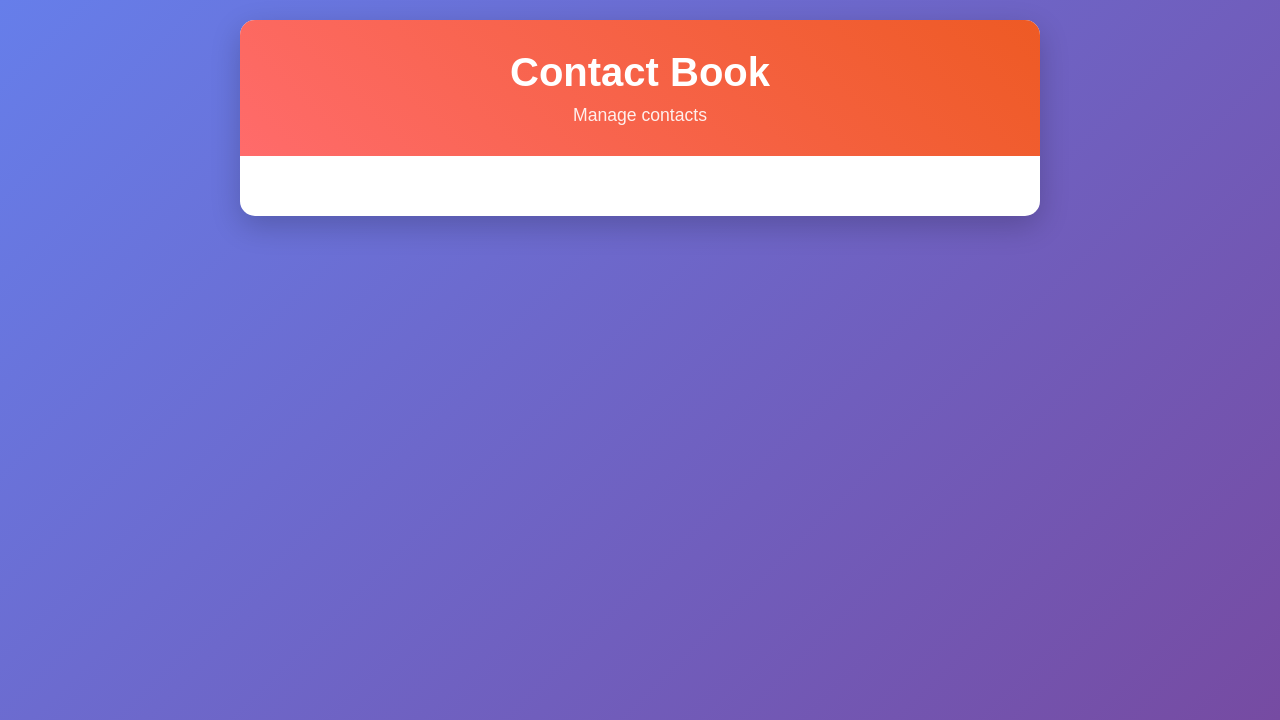
Repository: Mantombi81/Moznana-Contact
Page: index.html
An editor plug-in stored every save of this project. The page is shown before and after the next save, followed by the edit.
The browser window is 1280 px wide. The pictures show the whole page.

Above is the page before, as saved 2025-06-11 21:40:56.

### index.html
<!DOCTYPE html>
<html lang="en">
<head>
    <meta charset="UTF-8">
    <meta name="viewport" content="width=device-width, initial-scale=1.0">
    <title>Mozi Contact Book(API's)</title>
    <link rel="stylesheet" href="style.css">
</head>
<body>
    <div class="container">
        <div class="header">
            <h1>Contact Book</h1>
            <p>Manage contacts</p>
        </div>

        <div class="content">
            <!-- API set-up page -->
             <div id="setupPage" class="page active">
             </div>
             </div>
        </div>

    </div>

</body>
</html>

### style.css
* {
    margin: 0;
    padding: 0;
    box-sizing: border-box;
}

body {
    font-family: Arial, sans-serif;
    background: linear-gradient(135deg, #667eea 0%, #764ba2 100%);
    min-height: 100vh;
    padding: 20px;
}

.container {
    max-width: 800px;
    margin: 0 auto;
    background: white;
    border-radius: 15px;
    box-shadow: 0 10px 30px rgba(0, 0, 0, 0.2);
    overflow: hidden;
}

.header {
    background: linear-gradient(45deg, #ff6b6b, #ee5a24);
    color: white;
    padding: 30px;
    text-align: center;
}

.header h1 {
    font-size: 2.5rem;
    margin-bottom: 10px;
}

.header p {
    font-size: 1.1rem;
    opacity: 0.9;
}

.content {
    padding: 30px;
}

.api-setup {
    background: #f8f9fa;
    border-radius: 10px;
    padding: 20px;
    margin-bottom: 30px;
    border-left: 4px solid #ff6b6b;
}

.api-setup h3 {
    color: #ff6b6b;
    margin-bottom: 15px;
}

.form-group {
    margin-bottom: 20px;
}

.form-group label {
    display: block;
    margin-bottom: 8px;
    font-weight: bold;
    color: #333;
}

.form-group input,
.form-group select {
    width: 100%;
    padding: 12px;
    border: 2px solid #e1e8ed;
    border-radius: 8px;
    font-size: 16px;
    transition: border-color 0.3s ease;
}

.form-group input:focus,
.form-group select:focus {
    outline: none;
    border-color: #ff6b6b;
}

.btn {
    background: linear-gradient(45deg, #ff6b6b, #ee5a24);
    color: white;
    border: none;
    padding: 12px 25px;
    border-radius: 8px;
    cursor: pointer;
    font-size: 16px;
    font-weight: bold;
    margin: 5px;
    transition: transform 0.2s ease, box-shadow 0.2s ease;
}

.btn:hover {
    transform: translateY(-2px);
    box-shadow: 0 5px 15px rgba(255, 107, 107, 0.3);
}

.btn-secondary {
    background: linear-gradient(45deg, #54a0ff, #2e86de);
}

.btn-danger {
    background: linear-gradient(45deg, #ff3838, #ff4757);
}

.btn-success {
    background: linear-gradient(45deg, #1dd1a1, #10ac84);
}

.contacts-grid {
    display: grid;
    grid-template-columns: repeat(auto-fill, minmax(300px, 1fr));
    gap: 20px;
    margin-top: 20px;
}

.contact-card {
    background: white;
    border-radius: 12px;
    padding: 20px;
    box-shadow: 0 4px 15px rgba(0, 0, 0, 0.1);
    border: 1px solid #e1e8ed;
    transition: transform 0.2s ease, box-shadow 0.2s ease;
}

.contact-card:hover {
    transform: translateY(-5px);
    box-shadow: 0 8px 25px rgba(0, 0, 0, 0.15);
}

.contact-avatar {
    width: 60px;
    height: 60px;
    border-radius: 50%;
    margin: 0 auto 15px;
    display: block;
    border: 3px solid #ff6b6b;
}

.contact-name {
    font-size: 1.3rem;
    font-weight: bold;
    text-align: center;
    margin-bottom: 10px;
    color: #333;
}

.contact-details {
    margin-bottom: 15px;
}

.contact-details p {
    margin-bottom: 5px;
    color: #666;
}

.contact-actions {
    text-align: center;
}

.loading {
    text-align: center;
    padding: 40px;
    color: #666;
    font-size: 1.2rem;
}

.error {
    background: #ffe6e6;
    color: #cc0000;
    padding: 15px;
    border-radius: 8px;
    margin: 15px 0;
    border-left: 4px solid #cc0000;
}

.success {
    background: #e6ffe6;
    color: #006600;
    padding: 15px;
    border-radius: 8px;
    margin: 15px 0;
    border-left: 4px solid #006600;
}

.hidden {
    display: none;
}

.page {
    display: none;
}

.page.active {
    display: block;
}

.back-btn {
    margin-bottom: 20px;
}

@media (max-width: 768px) {
    .container {
        margin: 10px;
    }

    .header {
        padding: 20px;
    }

    .header h1 {
        font-size: 2rem;
    }

    .content {
        padding: 20px;
    }

    .contacts-grid {
        grid-template-columns: 1fr;
    }
}

After the next save:
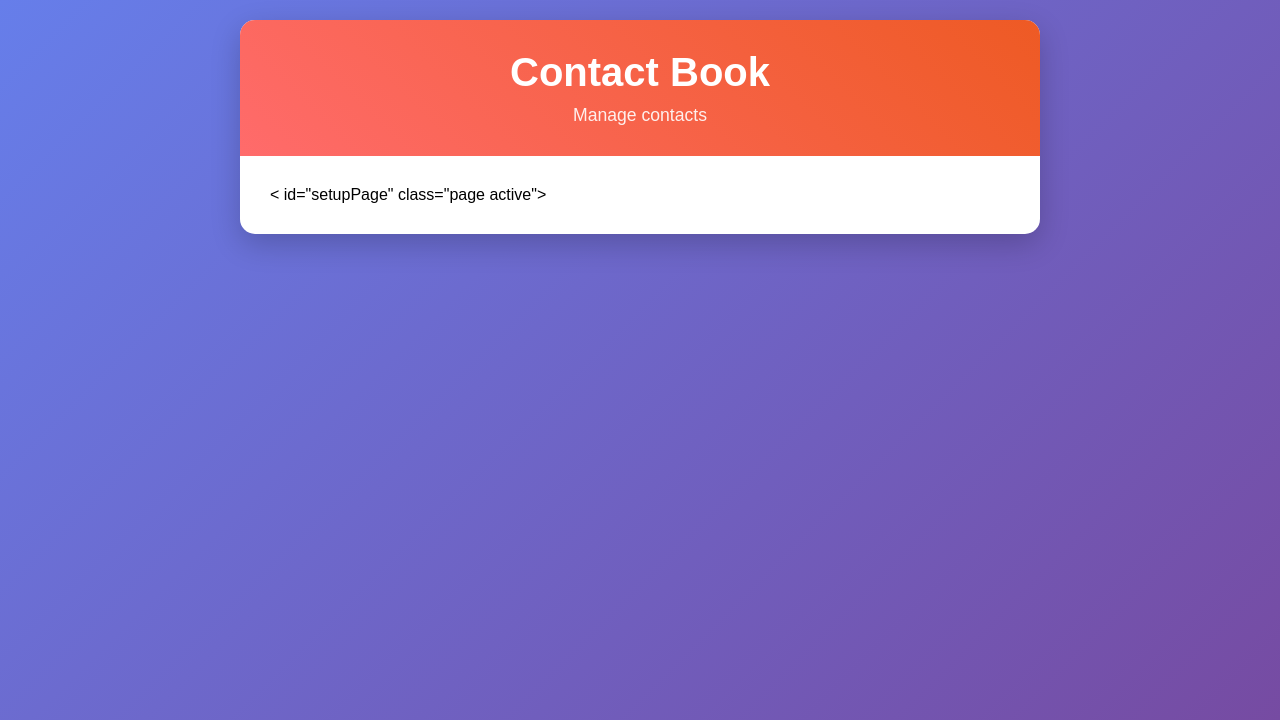
Saved 6 s later.
--- a/index.html
+++ b/index.html
@@ -15,8 +15,8 @@
 
         <div class="content">
             <!-- API set-up page -->
-             <div id="setupPage" class="page active">
-             </div>
+             < id="setupPage" class="page active">
+             <div></div>
              </div>
         </div>
 
